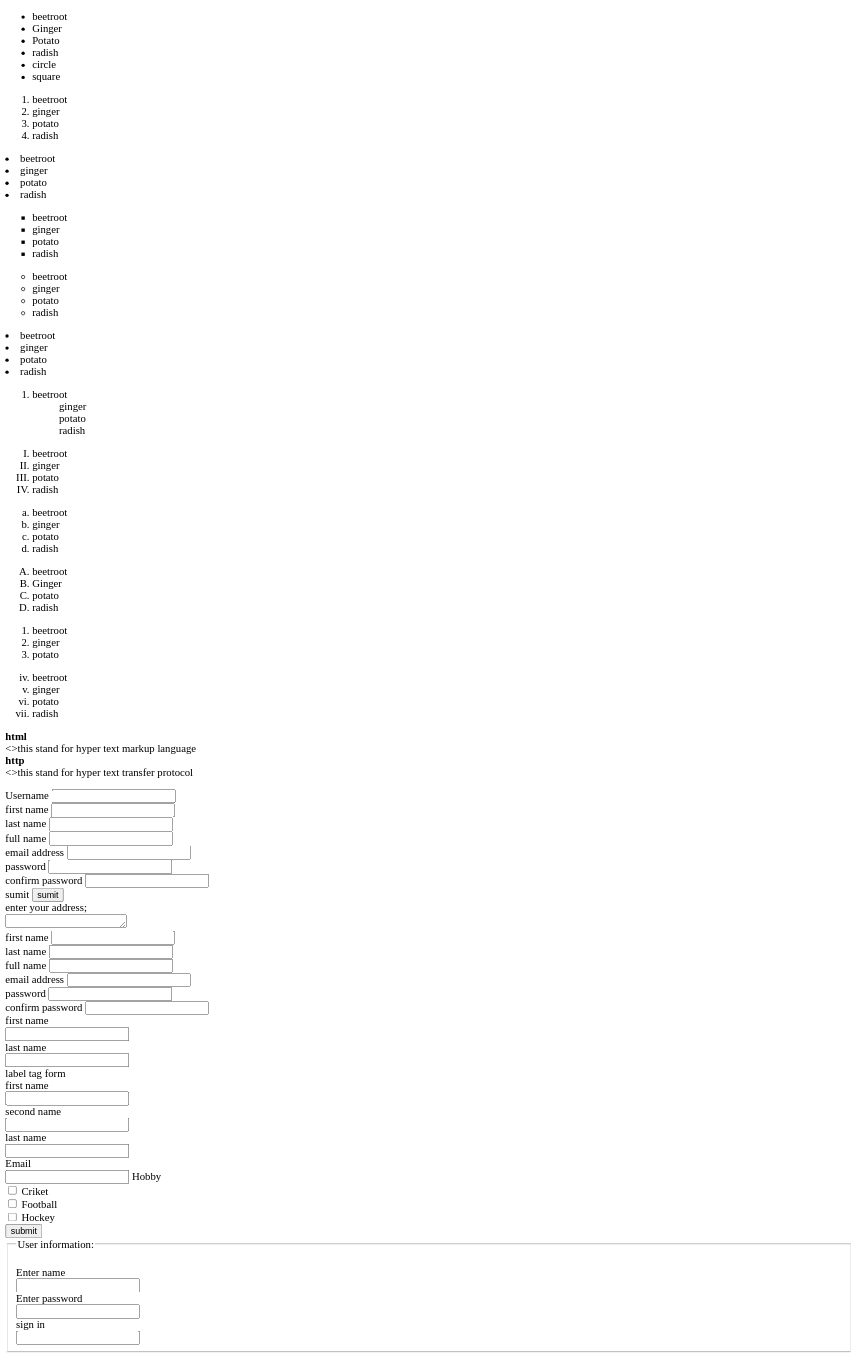
Repository: Achuut/first-code-lessons
Page: Achut.HTML
The author's editor kept a copy of each file at every save. The page is drawn from the files as they stood at one save, then again after a run of saves.
The browser window is 1280 px wide. The pictures show the whole page, at 67% of full size.

Above is the page before, as saved 2023-03-10 11:32:03.

### Achut.HTML
<!DOCTYPE html>
<html lang="en">
<head>
    <meta charset="UTF-8">
    <meta http-equiv="X-UA-Compatible" content="IE=edge">
    <meta name="viewport" content="width=device-width, initial-scale=1.0">
    <title>Document</title>
    <link rel="stylesheet" href="/Mijak.CSS">

</head>
<body>
    <ul>
        <li>beetroot</li>
        <li>Ginger</li>
        <li>Potato</li>
        <li>radish</li>
        <li>circle</li>
        <li>square</li>
    </ul>
    <ol>
        <li>beetroot</li>
        <li>ginger</li>
        <li>potato</li>
        <li>radish</li>
    </ol>
     <dl>
        <li>beetroot</li>
        <li>ginger</li>
        <li>potato</li>
        <li>radish</li>
     </dl>
     <ul type ="square">
        <li>beetroot</li>
        <li>ginger</li>
        <li>potato</li>
        <li>radish</li>
     </ul>
     <ul type ="circle">
        <li>beetroot</li>
        <li>ginger</li>
        <li>potato</li>
        <li>radish</li>
    </ul type = "disc">
      <li>beetroot</li>
      <li>ginger</li>
      <li>potato</li>
      <li>radish</li>
      <ol types = "i">
        <li>beetroot</li>
        <ol>ginger</ol>
        <ol>potato</ol>
        <ol>radish</ol>
      </ol>
      <ol type = "I">
        <li>beetroot</li>
        <li>ginger</li>
        <li>potato</li>
        <li>radish</li>
      </ol>
      <ol type = "a">
        <li>beetroot</li>
        <li>ginger</li>
        <li>potato</li>
        <li>radish</li>
      </ol>
      <ol type = "A">
        <li>beetroot</li>
        <LI>Ginger</LI>
        <LI>potato</LI>
        <li>radish</li>
      </ol>
      <ol>
        <li>beetroot</li>
        <li>ginger</li>
        <li>potato</li>
      </ol>
      <ol type = "i" start = "4">
        <li>beetroot</li>
        <li>ginger</li>
        <li>potato</li>
        <li>radish</li>
      </ol>
      <dl>
        <dt>
          <b>html</b></dt>
          <>this stand for hyper text markup language</>
          <dt><b>http</b></dt>
          <>this stand for hyper text transfer protocol</>
      </dl>
      <Form>
        Username <input type="text" name="username"><br>
        first name <input type="text" name="firstname"><br>
        last name <input type="text" name="lastname"><br>
        full name <input type="text" name="fullname"><br>
        email address <input type="email" name="email"><br>
        password <input type="password" name="password"><br>
        confirm password <input type="text" name="confirm password"><br>
        sumit <button>sumit</button><br>
      </Form>

      <form>
      enter your address;<br>
      <textarea name="2" id="" cols="20" rows="1"></textarea><br>
      first name <input type="text" name="firstname"><br>
      last name <input type="text" name="lastname"><br>
      full name <input type="text" name="fullname"><br>
      email address <input type="text" name="email"><br>
      password <input type="text" name="password"><br>
      confirm password <input type="text" name="confirm password"><br>
      </form>
</body> <!DOCTYPE html>
<html lang="en">
<head>
  <meta charset="UTF-8">
  <meta http-equiv="X-UA-Compatible" content="IE=edge">
  <meta name="viewport" content="width=device-width, initial-scale=1.0">
  <title>Document</title>
</head>
<body>
  <form action="">
    <label for="first name"> first name</label><br>
    <input type="text" id="first name" name="firstname"><br>
    <label for="last name">last name</label><br>
    <input type="text" id="last name"><br>
  </form>
  <form action=""> label tag form <br>
    <label for="first name"> first name</label><br>
    <input type="text" id="first name" name="first name"><br>
    <label for="second name"> second name <br>
    <input type="text" id="second name" name="second name"><br>
    <label for="last name"> last name</label><br>
    <input type="text" id="last name" name="second name"><br>
    <label for="Email"> Email</label><br>
    <input type="text" id="email" name="email">
    Hobby <br>
    <input type="checkbox" id="Criket" name="Criket" value="Criket">
    <label for="Criket"> Criket</label><br>
    <input type="checkbox" id="football" name="football" value="football">
    <label for="Football"> Football</label><br>
    <input type="checkbox" id="hockey" name="hockey" value="hockey">
    <label for="Hockey"> Hockey</label><br>
    <input type="submit" name="submit" value="submit">
  </form>
  <Fieldset>
    <legend>User information:</legend><br>
    <label for="name">Enter name</label><br>
    <input type="text" id="name" name="name"><br>
    <label for="password"> Enter password</label><br>
    <input type="password" id="password" name="password"><br>
    <label for="sign in"> sign in</label><br>
    <input type="text" id="sign in" name="sign in"><br>
    </label>
  </Fieldset>
</body>
</html>

Loaded but not shown: Mijak.CSS (no stored copy; drawn as an empty file)

After the next 2 saves:
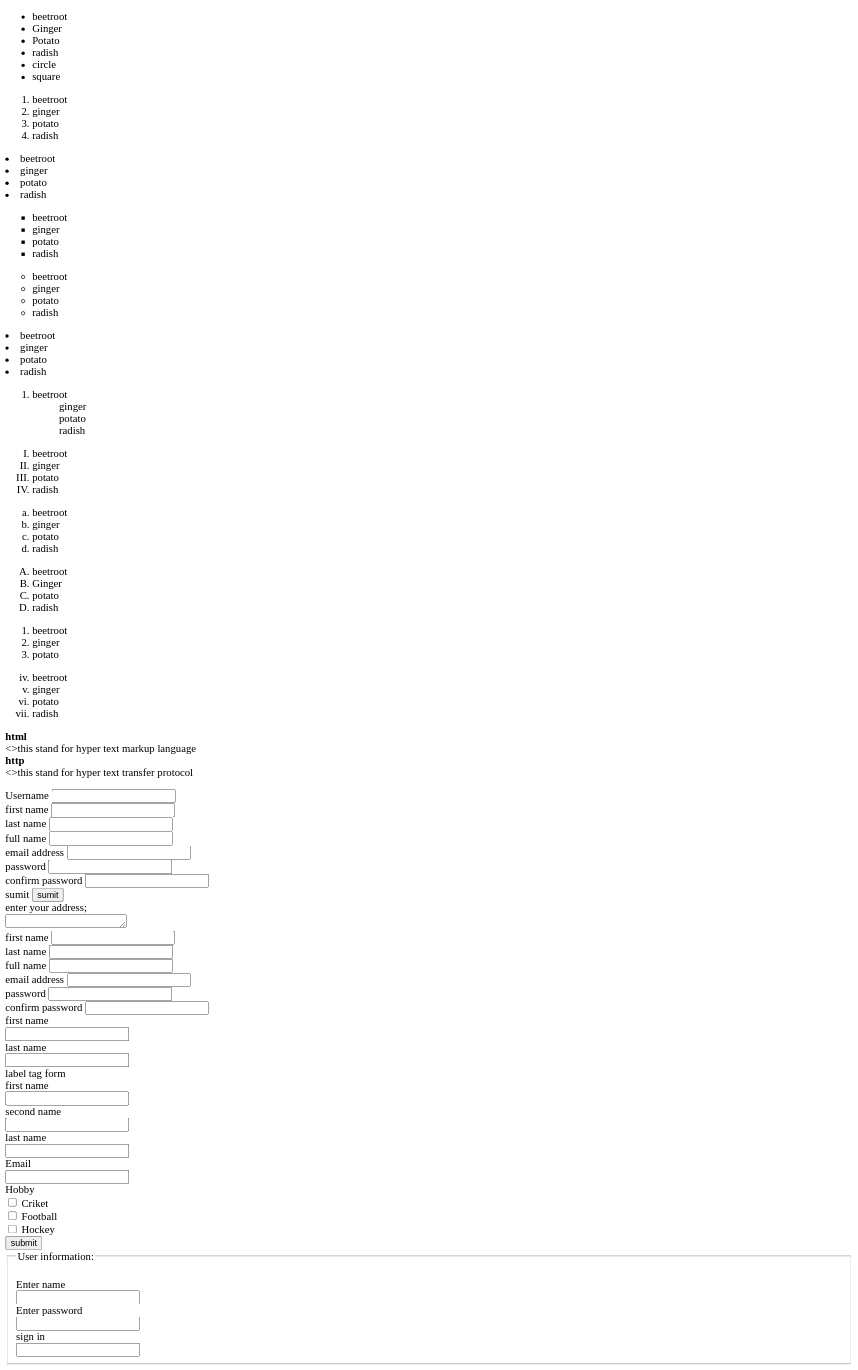
The 2 saves are shown as one change because they came seconds apart.
The last was saved 10 s later.
--- a/Achut.HTML
+++ b/Achut.HTML
@@ -131,7 +131,7 @@
     <label for="last name"> last name</label><br>
     <input type="text" id="last name" name="second name"><br>
     <label for="Email"> Email</label><br>
-    <input type="text" id="email" name="email">
+    <input type="text" id="email" name="email"><br>
     Hobby <br>
     <input type="checkbox" id="Criket" name="Criket" value="Criket">
     <label for="Criket"> Criket</label><br>
